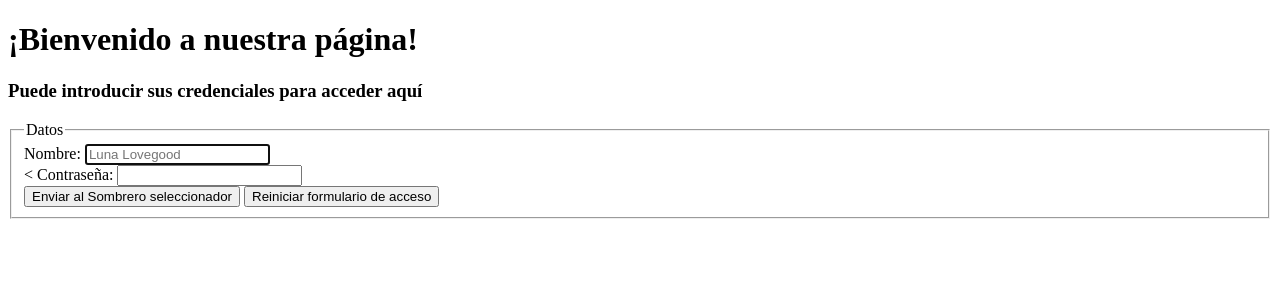
Repository: Pablosky971/Ejercicio-4.-Proyecto-Web
Page: Ejercicio5Servlet/src/main/webapp/formularioLogin.html
The author's editor kept a copy of each file at every save. The page is drawn from the files as they stood at one save, then again after the next save.
The browser window is 1280 px wide. The pictures show the whole page.

Above is the page before, as saved 2022-03-10 12:17:39.

After the next save:
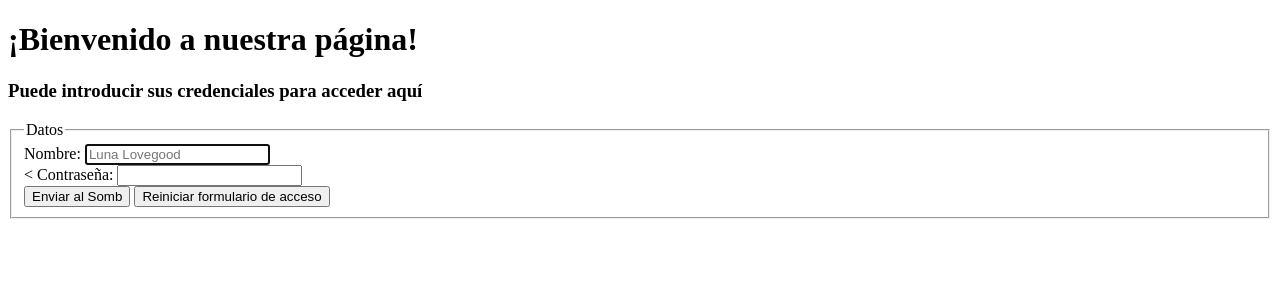
Saved 13 s later.
--- a/Ejercicio5Servlet/src/main/webapp/formularioLogin.html
+++ b/Ejercicio5Servlet/src/main/webapp/formularioLogin.html
@@ -23,7 +23,7 @@
             <input id="password" type="password" name="password" required/>
             <br/>
 
-            <input class="submit" type="submit" value="Enviar al Sombrero seleccionador" />
+            <input class="submit" type="submit" value="Enviar al Somb" />
 
             <input class="reset" type="reset" value="Reiniciar formulario de acceso" />
         </fieldset>
